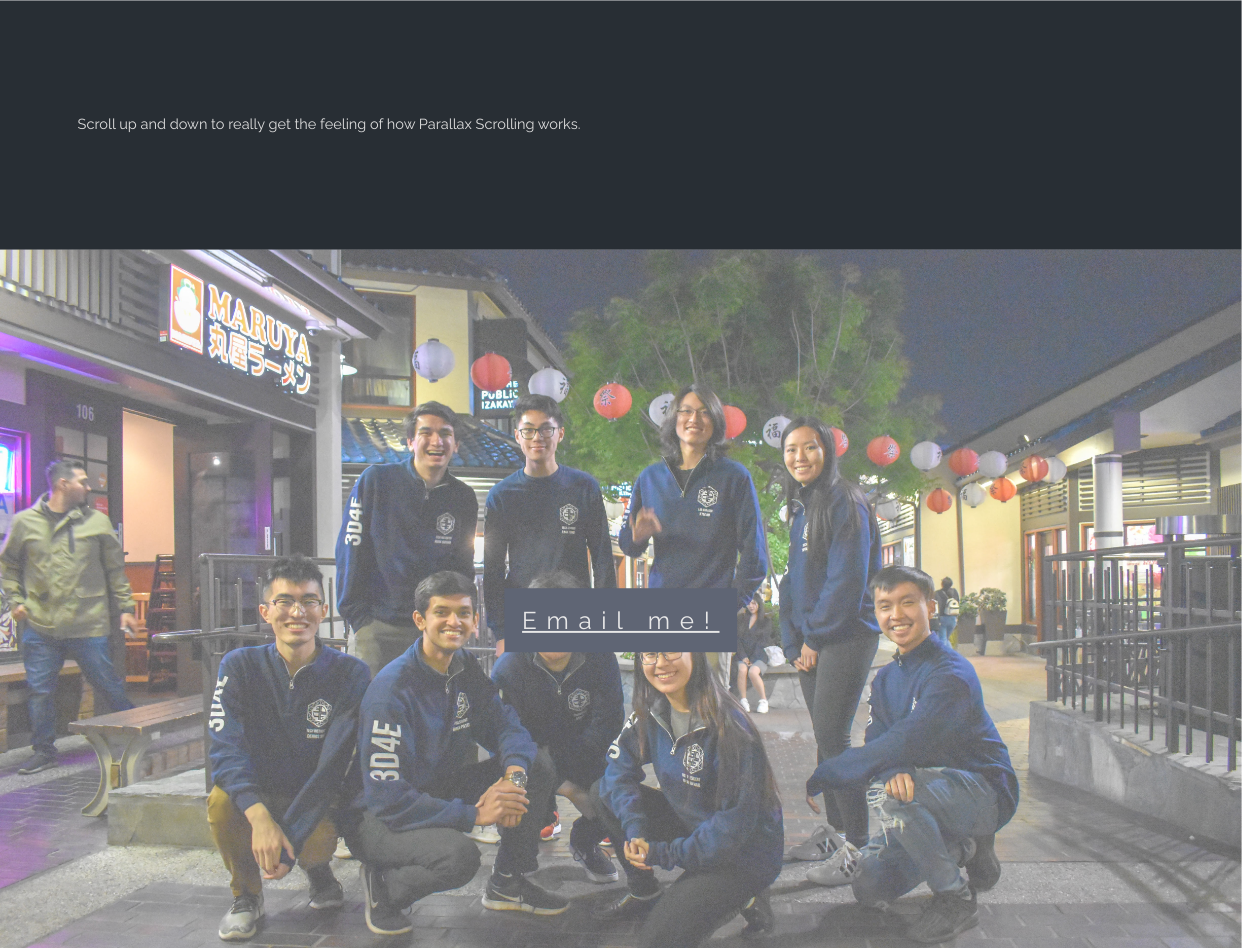
Repository: aliyuanh/me
Page: index.html
The author's editor kept a copy of each file at every save. The page is drawn from the files as they stood at one save, then again after the next save.
The browser window is 1280 px wide. The pictures show the part of the page from y = 1986 to 2963 px (the page is 2963 px tall), at 97% of full size.

Above is the page before, as saved 2020-09-17 12:42:31.

After the next save:
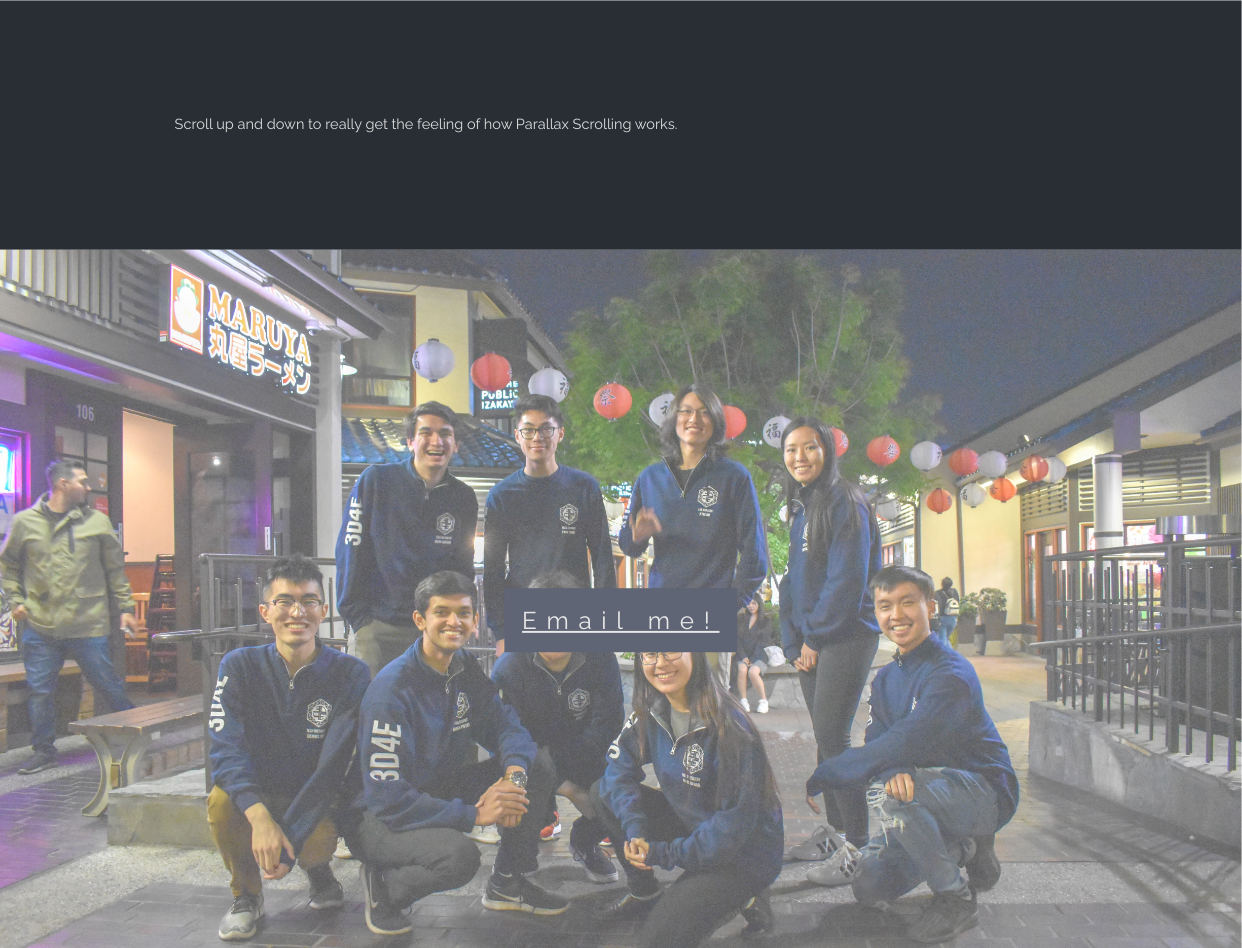
Saved 10 s later.
--- a/index.html
+++ b/index.html
@@ -102,7 +102,7 @@
             color: #ddd;
             background-color: #282E34;
             text-align: center;
-            padding: 100px 80px;
+            padding: 100px 180px;
             text-align: justify;
         }
 
